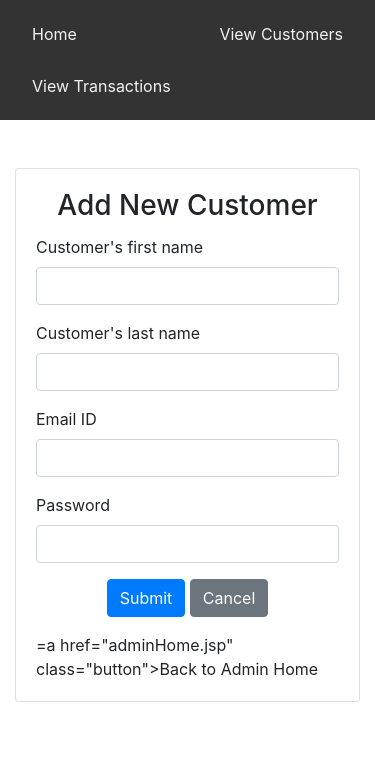
Repository: SuyashAwasthy/Javaee
Page: http://localhost/13-bank-application-mvc/addCustomer.jsp
An editor plug-in stored every save of this project. The page is shown before and after the next save, followed by the edit.
The browser window is 375 px wide. The pictures show the whole page.
Some web libraries are served in a nearby version. The page is served by Tomcat 9. Other server files are loaded and not shown.

Above is the page before, as saved 2024-07-22 10:23:12.

### 13-bank-application-mvc/WebContent/addCustomer.jsp
<%@ page language="java" contentType="text/html; charset=UTF-8"
	pageEncoding="UTF-8"%>
<!DOCTYPE html>
<html lang="en">
<head>
<meta charset="UTF-8">
<meta name="viewport" content="width=device-width, initial-scale=1.0">
<title>Add New Customer</title>
<link rel="stylesheet" href="css/styles.css">
<link rel="stylesheet"
	href="https://maxcdn.bootstrapcdn.com/bootstrap/4.0.0/css/bootstrap.min.css">
<link rel="stylesheet" href="css/navbar.css">
</head>
<body>
	<div class="navbar">
		<a href="adminHome.jsp">Home</a><a href="viewCustomers.jsp">View Customers</a> <a
			href="viewTransaction.jsp">View Transactions</a>
	</div>
	<div class="container">
		<div class="row justify-content-center">
			<div class="col-md-6">
				<div class="card mt-5">
					<div class="card-body">
						<h3 class="card-title text-center">Add New Customer</h3>
						<form action="admin" method="get">
							<input type="hidden" name="command" value="add_customer">
							<div class="form-group">
								<label for="firstName">Customer's first name</label> <input
									type="text" class="form-control" id="firstName"
									name="firstName" required>
							</div>
							<div class="form-group">
								<label for="lastName">Customer's last name</label> <input
									type="text" class="form-control" id="lastName" name="lastName"
									required>
							</div>
							<div class="form-group">
								<label for="email">Email ID</label> <input type="email"
									class="form-control" id="email" name="email" required>
							</div>
							<div class="form-group">
								<label for="password">Password</label> <input type="password"
									class="form-control" id="password" name="password" required>
							</div>
							<div class="form-group text-center">
								<button type="submit" class="btn btn-primary">Submit</button>
								<button type="reset" class="btn btn-secondary">Cancel</button>
							</div>


							=a href="adminHome.jsp" class="button">Back to Admin Home</a>

						</form>
					</div>
				</div>
			</div>
		</div>
	</div>
	<script src="https://code.jquery.com/jquery-3.2.1.slim.min.js"></script>
	<script
		src="https://cdnjs.cloudflare.com/ajax/libs/popper.js/1.11.0/umd/popper.min.js"></script>
	<script
		src="https://maxcdn.bootstrapcdn.com/bootstrap/4.0.0/js/bootstrap.min.js"></script>
</body>
</html>

### 13-bank-application-mvc/WebContent/css/styles.css
.button {
	margin-top: 20px;
  	padding: 10px 20px;
    background-color: #04AA6D;
    color: white;
    border: none;
    border-radius: 4px;
    font-size: 16px;
    cursor: pointer;
    transition: background-color 0.3s ease;

}

.button:hover {
    background-color: #45a049;
}

.date-form {
    margin-bottom: 20px;
    justify-content: center;
    align-items: center;
    display: flex;
}

.date-form label {
    margin-right: 10px;
    font-weight: bold;
    color: #333;
}

.date-form input[type="date"] {
    margin-right: 10px;
    padding: 5px;
    border-radius: 4px;
    border: 1px solid #ccc;
}

.date-form .btn {
    padding: 10px 20px;
    background-color: #04AA6D;
    color: white;
    border: none;
    border-radius: 4px;
    font-size: 16px;
    cursor: pointer;
    transition: background-color 0.3s ease;
}

.date-form .btn:hover {
    background-color: #45a049;
}

.search-form {
    margin-bottom: 20px;
    display: flex;
    justify-content: center;
    align-items: center;
}

.search-form label {
    margin-right: 10px;
    font-weight: bold;
    color: #333;
}

.search-form select,
.search-form input[type="text"] {
    margin-right: 10px;
    padding: 5px;
    border-radius: 4px;
    border: 1px solid #ccc;
    font-size: 14px;
    width: 200px;
}

.search-form .btn {
    padding: 10px 20px;
    background-color: #04AA6D;
    color: white;
    border: none;
    border-radius: 4px;
    font-size: 16px;
    cursor: pointer;
    transition: background-color 0.3s ease;
}

.search-form .btn:hover {
    background-color: #45a049;
}

### 13-bank-application-mvc/WebContent/css/navbar.css
.navbar {
    background-color: #333;
    overflow: hidden;
}

.navbar a {
    float: left;
    display: block;
    color: #f2f2f2;
    text-align: center;
    padding: 14px 16px;
    text-decoration: none;
}

.navbar a:hover {
    background-color: #ddd;
    color: black;
}

After the next save:
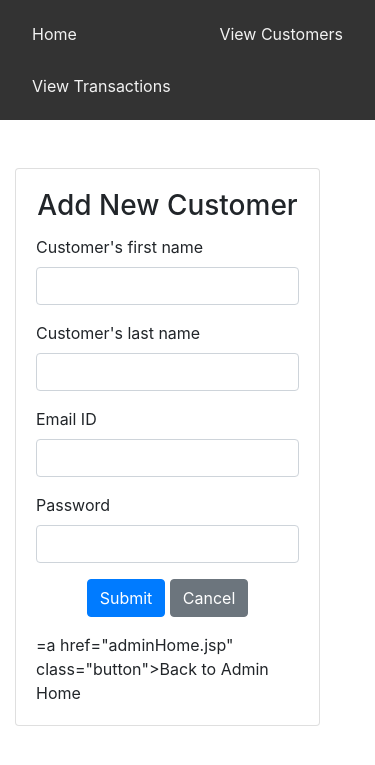
Saved 53 s later.
--- a/13-bank-application-mvc/WebContent/css/navbar.css
+++ b/13-bank-application-mvc/WebContent/css/navbar.css
@@ -16,3 +16,19 @@
     background-color: #ddd;
     color: black;
 }
+
+@media (max-width: 768px) {
+    .card {
+        width: calc(50% - 40px);
+    }
+}
+
+@media (max-width: 480px) {
+    .card {
+        width: calc(100% - 40px);
+    }
+
+    h1 {
+        font-size: 24px;
+    }
+}
